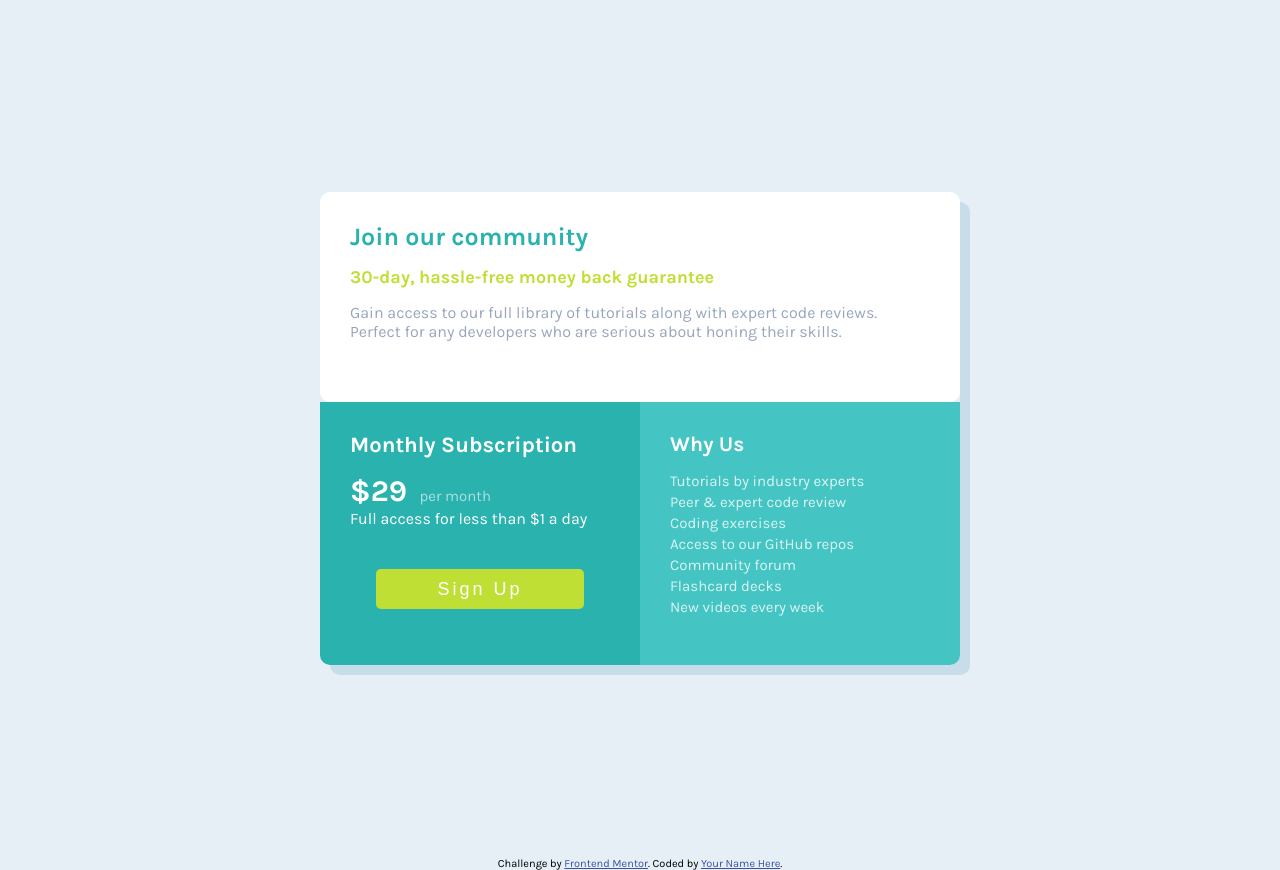
Repository: Pedrohamoura-Git/Frontend-Mentor-Challenges
Page: Newbie/single-price-grid-component-master/index.html
The author's editor kept a copy of each file at every save. The page is drawn from the files as they stood at one save, then again after the next save.
The browser window is 1280 px wide. The pictures show the whole page.

Above is the page before, as saved 2021-05-31 15:57:41.

### Newbie/single-price-grid-component-master/index.html
<!DOCTYPE html>
<html lang="en">
<head>
  <meta charset="UTF-8">
  <meta name="viewport" content="width=device-width, initial-scale=1.0"> <!-- displays site properly based on user's device -->

  <link rel="stylesheet" href="css/style.css">
  <title>Frontend Mentor | Single Price Grid Component</title>

  <!-- Feel free to remove these styles or customise in your own stylesheet 👍 -->
  <style>
    .attribution { font-size: 11px; text-align: center; }
    .attribution a { color: hsl(228, 45%, 44%); }
  </style>
</head>
<body>
  <div id="wrapper">
    <header id="card1">
      <h1>Join our community</h1>
      <h2>30-day, hassle-free money back guarantee</h2>
      <p>Gain access to our full library of tutorials along with expert code reviews. Perfect for any developers who are serious about honing their skills.</p>
    </header>

    <div id="columns">
      <div id="card2">
        <h2>Monthly Subscription</h2>
        <h3 class="price">&dollar;29</h3>
        <span>per month</span>
        <p>Full access for less than &dollar;1 a day</p>

        <form action="#">
          <input type="submit" value="Sign Up" name="Sign Up" id="signup">
          </input>
        </form>
      </div>

      <div id="card3">
        <h2>Why Us</h2>
        <p>Tutorials by industry experts<br>
          Peer &amp; expert code review<br>
          Coding exercises<br>
          Access to our GitHub repos<br>
          Community forum<br>
          Flashcard decks<br>
          New videos every week</p>
      </div>
    </div>

  </div>








  <footer>
    <p class="attribution">
      Challenge by <a href="https://www.frontendmentor.io?ref=challenge" target="_blank">Frontend Mentor</a>.
      Coded by <a href="#">Your Name Here</a>.
    </p>
  </footer>
</body>
</html>

### Newbie/single-price-grid-component-master/css/style.css
/*
** Core Formatting
*/
    @import url('https://fonts.googleapis.com/css2?family=Karla:wght@400;700&display=swap');

    * {
        padding: 0;
        margin: 0;
        box-sizing: border-box;
    }

    html {
        font-size: 62.5%;
    }

    body {
        background-color: hsl(204, 43%, 93%);
        font-family: Karla;
    }


/*
** Mobile - Wrapper
*/
    #wrapper {
        border-radius: 1rem;
        box-shadow: 10px 10px hsl(203, 46%, 85%);
        display: grid;
        grid-template-rows: repeat(auto-fit, minmax(200px, 1fr));
        margin: 15% auto;
        width: 90%;

        /* border: 1px solid red; */
    }

    #card1, #card2, #card3 {
        padding: 1.5rem;
        min-height: 210px;
    }

    /*
    ** Card 1
    */
        #card1 {
            background-color: white;
            border-radius: 1rem;
        }

        #card1 h1 {
            color: hsl(179, 62%, 43%);
            font-size: 2.5rem;
            margin-bottom: 1.5rem;
        }

        #card1 h2 {
            color: hsl(71, 73%, 54%);
            font-size: 1.8rem;
            margin-bottom: 1.5rem;
        }

        #card1 p {
            margin-bottom: 1.5rem;
            color: hsl(218, 22%, 67%);
            font-size: 1.6rem;
            margin-bottom: 1.5rem;
        }



    /*
    ** Card 2
    */
        #card2 {
            color: white;
            background-color: hsl(179, 62%, 43%);
        }

        #card2 h2 {
            font-size: 2.2rem;
            margin-bottom: 1.5rem;
        }

        #card2 h3.price {
            display: inline;
            font-size: 3rem;
            font-weight: 700;
            margin-bottom: 1.5rem;
        }

        #card2 span {
            font-size: 1.5rem;
            margin-left: 1rem;
            margin-bottom: 1rem;
            opacity: 60%;
        }

        #card2 p {
            font-size: 1.6rem;
            margin-bottom: 1.5rem;
        }

        #card2 form input {
            background-color: hsl(71, 73%, 54%);
            border: none;
            border-radius: .5rem;
            color: white;
            font-size: 1.8rem;
            letter-spacing: .3rem;
            margin: 10%;
            width: 80%;
            height: 4rem;

        }

        #card2 input:hover, input:active {
            background-color: hsl(71, 93%, 62%);
            color: hsl(179, 62%, 43%);
        }





        #card3 {
            background-color: hsl(179, 53%, 52%);
            border-bottom-left-radius: 1rem;
            border-bottom-right-radius: 1rem;
            color: white;
        }

        #card3 h2 {
            font-size: 2.1rem;
            margin-bottom: 1.5rem;
        }

        #card3 p {
            font-size: 1.5rem;
            line-height: 2.1rem;
            opacity: 80%;
        }


    /*
    ** Tablets & Desktops
    */
        @media (min-width: 600px) {
            #wrapper {
                display: block;
                max-width: 640px;

                /* border: 1px solid red; */
            }

            #columns {
                display: grid;
                grid-template-columns: repeat(auto-fit, minmax(50%, 1fr));
            }

            #card1 {
                padding: 3rem;
            }

            #card2 {
                border-bottom-left-radius: 1rem;
                padding: 3rem;

            }

            #card3 {
                border-bottom-left-radius: 0;
                padding: 3rem;
            }

        }

After the next save:
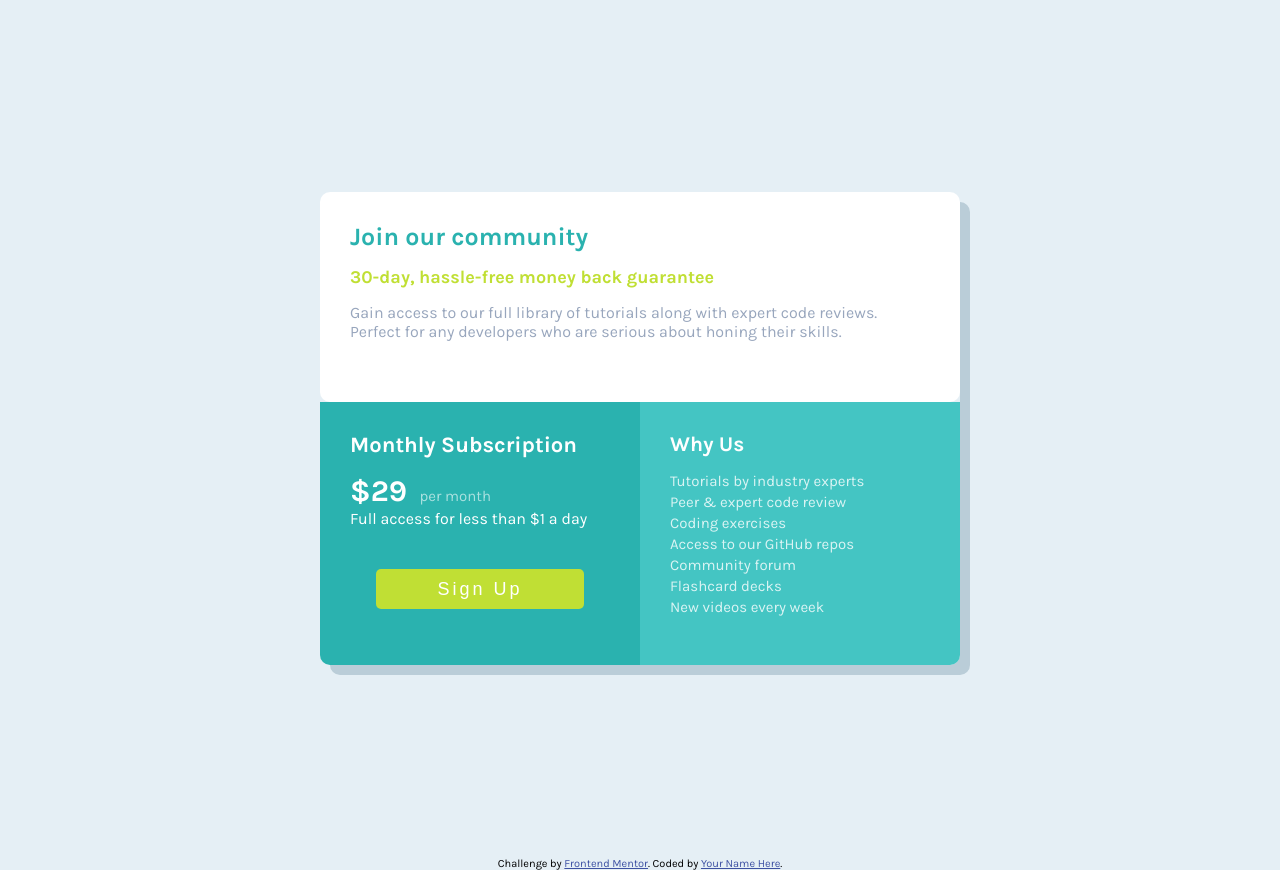
Saved 2 s later.
--- a/Newbie/single-price-grid-component-master/css/style.css
+++ b/Newbie/single-price-grid-component-master/css/style.css
@@ -24,7 +24,7 @@
 */
     #wrapper {
         border-radius: 1rem;
-        box-shadow: 10px 10px hsl(203, 46%, 85%);
+        box-shadow: 10px 10px hsl(202, 28%, 79%);
         display: grid;
         grid-template-rows: repeat(auto-fit, minmax(200px, 1fr));
         margin: 15% auto;
